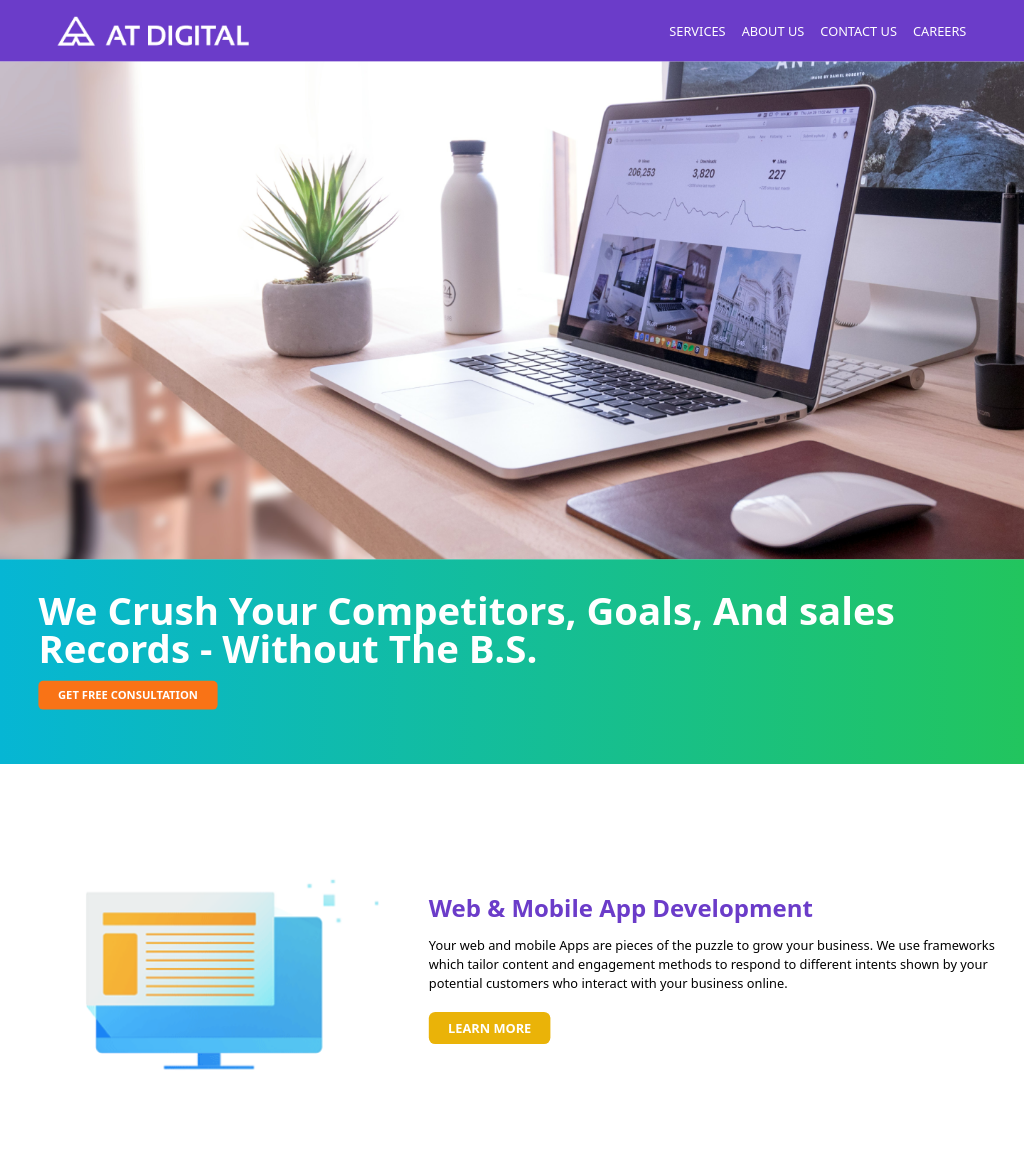
Repository: Milith97/AT-Digital-Website
Page: /
The author's editor kept a copy of each file at every save. The page is drawn from the files as they stood at one save, then again after the next save.
The browser window is 1280 px wide. The pictures show the whole page, at 80% of full size.
The project was rebuilt for these pictures with package versions that can differ from the ones it lists, and the page was loaded fresh each time. Also part of the build but not shown: vite.config.js.

Above is the page before, as saved 2024-04-06 22:09:01.

### src/App.jsx
// App.js or your main component file
import React from 'react';
import NavBar from './Components/NavBar';
import HomePage from './Components/HomePage';
import Servicers from './Components/Servicers'

function App() {
  return (
    <div className="App">
      <NavBar />
      <HomePage />
      <Servicers/>
    </div>
  );
}

export default App;

### src/Components/NavBar.jsx
import React, { useState } from 'react';
import Logo from '../assets/Img/Logo.png';

const NavBar = () => {
    const [isOpen, setIsOpen] = useState(false);

    return (
        <nav className="bg-[#6B3CC9]">
            <div className="max-w-1440px max-h-20 xl:px-16 md:px-7 sm:px-11 max-lg:mx-6">
                <div className="flex justify-between">
                    <div>
                        <a href="#" className={`flex items-center py-5 sm:px-2 ${isOpen ? 'hidden' : 'flex'}`}>
                            <img src={Logo} alt="Logo" />
                        </a>
                    </div>
                    <div className={`hidden md:flex font-medium text-white items-center space-x-1 ${isOpen ? 'flex' : 'hidden'}`}>
                        <a href="#" className="py-5 px-2 ">SERVICES</a>
                        <a href="#" className="py-5 px-2 ">ABOUT US</a>
                        <a href="#" className="py-5 px-2 ">CONTACT US</a>
                        <a href="#" className="py-5 px-2 ">CAREERS</a>
                    </div>
                    <div className="md:hidden flex items-center ">
                        <button onClick={() => setIsOpen(!isOpen)} className="text-white focus:outline-none">
                            {!isOpen ? (
                                <svg className="h-14 w-10" stroke="white" viewBox="0 0 24 24" >
                                    <path strokeLinecap="round" strokeLinejoin="round" strokeWidth="3" d="M4 6h16M4 12h16M4 18h16" />
                                </svg>
                            ) : (
                                <svg className="h-12 w-8" stroke="black" viewBox="0 0 24 24" >
                                    <path strokeLinecap="round" strokeLinejoin="round" strokeWidth="3" d="M6 18L18 6M6 6l12 12" />
                                </svg>
                            )}
                        </button>
                    </div>
                </div>
            </div>
            <div className={`${isOpen ? 'block' : 'hidden'} md:hidden`}>
                <div className="bg-white">
                    <a href="#" className="block py-2 px-4 text-sm text-black-500 ">HOME</a>
                    <a href="#" className="block py-2 px-4 text-sm text-black-500">SERVICES</a>
                    <a href="#" className="block py-2 px-4 text-sm text-black-500">ABOUT US</a>
                    <a href="#" className="block py-2 px-4 text-sm text-black-500">CONTACT US</a>
                    <a href="#" className="block py-2 px-4 text-sm text-black-500">CAREERS</a>
                </div>
            </div>
        </nav>
    );
};

export default NavBar;

### src/Components/HomePage.jsx
import React from 'react';
import backgroundImage from '../assets/Img/Home.png';

const HomePage = () => {
    return (
        <div className=''>
            <div>
                <img src={backgroundImage} alt="Home Image" />
            </div>
            <div className='h-64 max-w-full bg-gradient-to-r from-cyan-500 to-green-500 '>
                <div className='text-lg py-6 px-12 '>
                    <p className='font-bold text-5xl text-white py-4'>We Crush Your Competitors, Goals, And sales Records - Without The B.S.</p>
                    <div className=''>
                        <button className='bg-orange-500 text-white font-bold text-sm h-9 w-56 rounded-md'>GET FREE CONSULTATION</button>
                    </div>
                </div>
            </div>
        </div>
    );
};

export default HomePage;

### src/Components/Servicers.jsx
import React from 'react';
import Service1 from '../assets/Img/Service1.png';
const Servicers = () => {
    return (
        <div className="flex flex-col md:flex-row items-center justify-center">
            <div className=" lg:w-2/5 xl:w-2/5 flex-shrink-0 mb-6 md:mb-0 mr-0 md:mr-6">
                <img src={Service1} alt="Service Image" className="w-full h-full object-cover" />
            </div>

            {/* Right Side (Content) */}
            <div className="lg:w-3/5">
                <h2 className="sm:text-3xl md:text-2xl lg:text-3xl xl:text-3xl 2xl:text:4xl  font-bold mb-4 text-[#6B3CC9]">Web & Mobile App Development</h2>
                <p className=" sm:text-xl md:text-lg lg:text-lg xl:text-base 4xl:text-6xl font-normal  mb-6 ">Your web and mobile Apps are pieces of the puzzle to grow your business. We use frameworks which tailor content and engagement methods to respond to different intents shown by your potential customers who interact with your business online.</p>
                <button className="bg-yellow-500 text-white font-bold py-2 px-6 rounded-lg hover:bg-yellow-600 transition-colors">LEARN MORE</button>
            </div>
        </div>
    );
};

export default Servicers;

Loaded but not shown: index.html (common file); src/main.jsx (common file); src/index.css (common file); tailwind.config.js (common file)

After the next save:
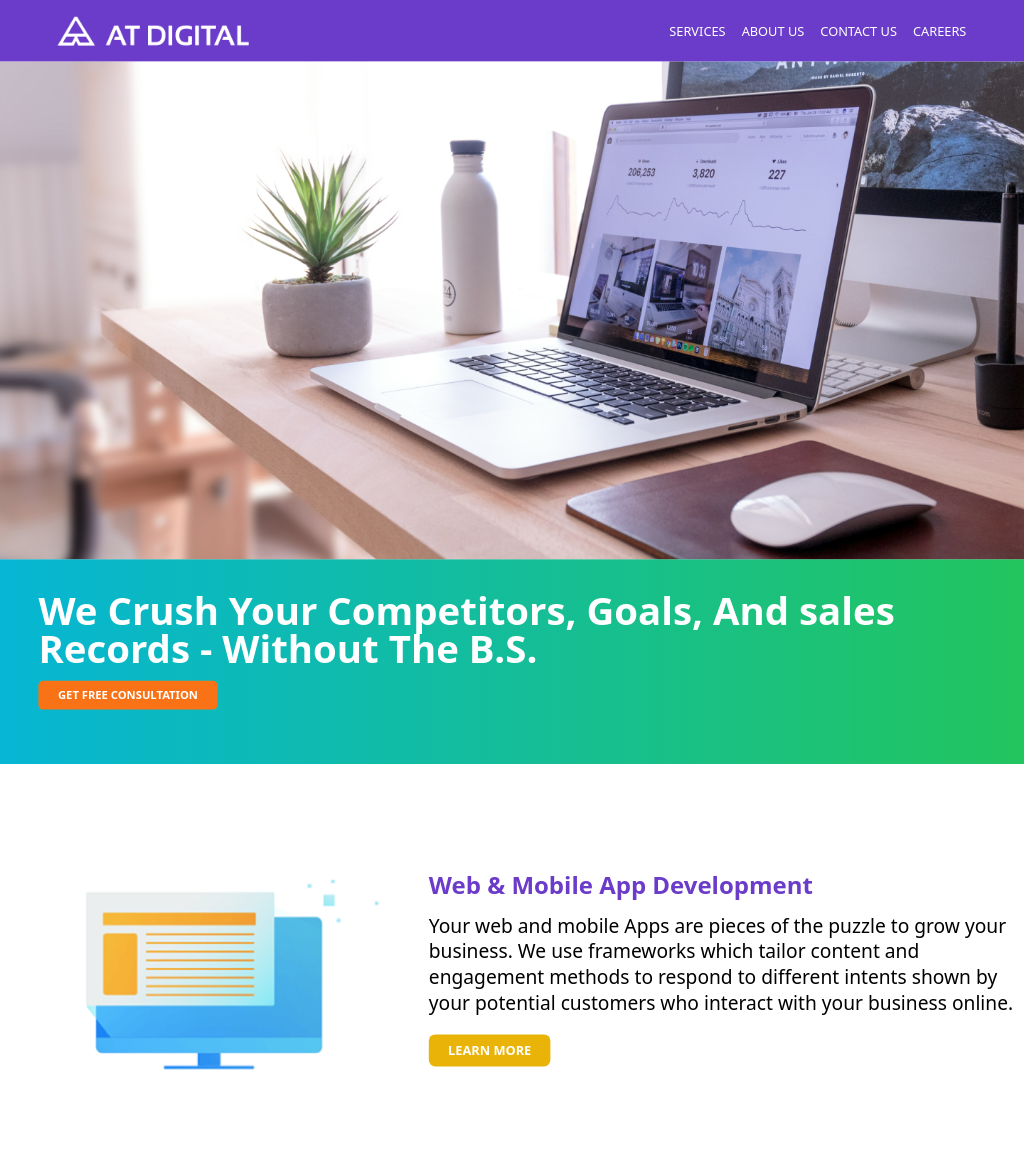
Saved 12 s later.
--- a/src/Components/Servicers.jsx
+++ b/src/Components/Servicers.jsx
@@ -10,7 +10,7 @@ const Servicers = () => {
             {/* Right Side (Content) */}
             <div className="lg:w-3/5">
                 <h2 className="sm:text-3xl md:text-2xl lg:text-3xl xl:text-3xl 2xl:text:4xl  font-bold mb-4 text-[#6B3CC9]">Web & Mobile App Development</h2>
-                <p className=" sm:text-xl md:text-lg lg:text-lg xl:text-base 4xl:text-6xl font-normal  mb-6 ">Your web and mobile Apps are pieces of the puzzle to grow your business. We use frameworks which tailor content and engagement methods to respond to different intents shown by your potential customers who interact with your business online.</p>
+                <p className=" sm:text-xl md:text-lg lg:text-lg xl:text-2xl 4xl:text-6xl font-normal  mb-6 ">Your web and mobile Apps are pieces of the puzzle to grow your business. We use frameworks which tailor content and engagement methods to respond to different intents shown by your potential customers who interact with your business online.</p>
                 <button className="bg-yellow-500 text-white font-bold py-2 px-6 rounded-lg hover:bg-yellow-600 transition-colors">LEARN MORE</button>
             </div>
         </div>
